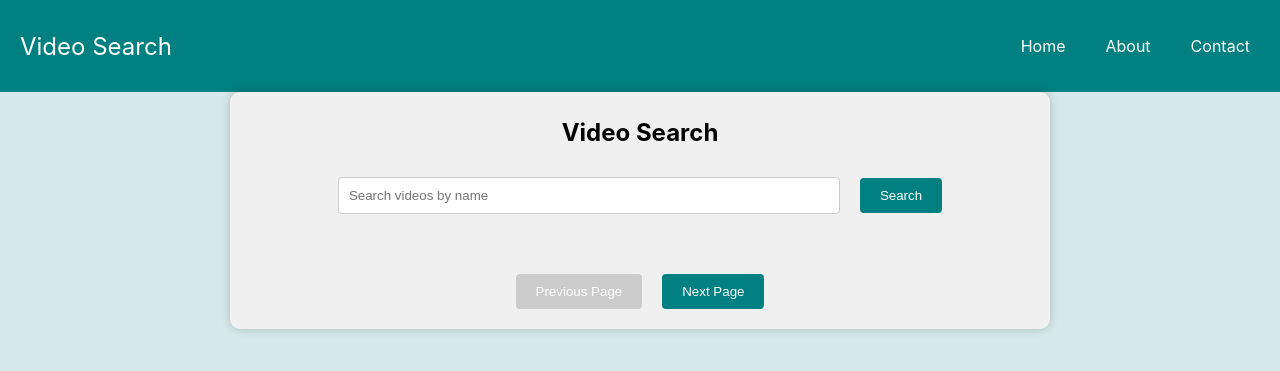
Repository: LolaSL/video-search
Page: /
The author's editor kept a copy of each file at every save. The page is drawn from the files as they stood at one save, then again after the next save.
The browser window is 1280 px wide. The pictures show the whole page.
The project was rebuilt for these pictures with package versions that can differ from the ones it lists, and the page was loaded fresh each time.

Above is the page before, as saved 2023-08-12 14:28:20.

### src/App.js
import React from 'react';
import './App.css';
import VideoSearch from './VideoSearch.jsx';
import Navbar from './Navbar.jsx';
import { BrowserRouter as Router } from 'react-router-dom';

function App() {
  return (
    <Router>
      <div className="App">
        <Navbar />
        <div className="container">
          <VideoSearch />
        </div>
      </div>
    </Router>
  );
}

export default App;

### src/App.css
.App {
  text-align: center;
  text-shadow: 1px 1px solid grey;
  background:#d6e8eb ;
  height: 100vh;
}

/* .container {
  max-width: 800px;
  margin: 0 auto;


} */

h1 {
  font-size: 24px;
  margin-bottom: 20px;
}

input[type="text"] {
  padding: 10px;
  width: 60%;
  margin: 10px;
  border: 1px solid #ccc;
  border-radius: 4px;
}

.video-search-container {
  max-width: 800px;
  margin: 0 auto;
  padding: 10px;
  background-color: #f0f0f0;
  border-radius: 10px;
  box-shadow: 0 0 10px rgba(0, 0, 0, 0.2);
  height: auto;
}

/* Video List */
.video-list {
  display: grid;
  grid-template-columns: repeat(auto-fill, minmax(300px, 1fr));
  gap: 20px;
  margin-top: 20px;
}

/* Video Item */
.video-item {
  background-color: #ffffff;
  border-radius: 10px;
  box-shadow: 0 4px 6px rgba(0, 0, 0, 0.1);
}

.video-container {
  position: relative;
  overflow: hidden;
  padding-top: 56.25%;
}

.video-frame {
  position: absolute;
  top: 0;
  left: 0;
  width: 100%;
  height: 100%;
}

.video-iframe {
  width: 100%;
  height: 100%;
  border: none;
}

button {
  margin: 10px;
  padding: 10px 20px;
  background: teal;
  color: #fff;
  border: none;
  border-radius: 4px;
  cursor: pointer;
}

button:disabled {
  background-color: #ccc;
  cursor: not-allowed;
}

iframe {
  width: 100%;
  height: 415px;
  border: none;
  margin-top: 15px;
}

.video-item {
  margin: 20px 0;
  padding: 20px;
  border: 1px solid #ccc;
  border-radius: 4px;
}

.video-title {
  font-size: 18px;
  margin-bottom: 10px;
}

.pagination {
  margin-top: 20px;
}

.pagination button {
  margin-right: 10px;
}
/* Navbar styles */
.navbar {
  display: flex;
  justify-content: space-between;
  align-items: center;
  padding: 10px 20px;
  background: teal;
  color: white;
}

.navbar-logo {
  font-size: 1.5rem;
}

.nav-toggle {
  display: none;
  background: none;
  border: none;
  color: white;
  font-size: 1rem;
  cursor: pointer;
}

.navbar-nav {
  list-style: none;
  display: flex;
  gap: 20px;
}

.nav-item {
  padding: 10px;
}

.nav-link {
  color: white;
  text-decoration: none;
}

/* Show the navigation links when the navbar is open */
.navbar-nav.open {
  display: flex;
  flex-direction: column;
  position: absolute;
  background-color: #333;
  top: 55px;
  right: 20px;
  z-index: 1000;
}

@media screen and (max-width: 768px) {
  .container {
    padding: 10px;
    margin: 30px;
  }

  input[type="text"] {
    width: 80%;
    margin: 20px;
    margin-bottom: 10px;
  }

  button {
    width: 50%;
    margin-bottom: 10px;
  }

  .video-item {
    padding: 10px;
    margin: 10px 20px;
  }

  .pagination {
    text-align: center;
  }
}

### src/VideoSearch.jsx
import React, { useState } from 'react';
import axios from "axios";

const API_KEY = 'AIzaSyAZw_7fp6hzKHZ_UNfC9jRiNJBWZQnTOmM';
const CHANNEL_ID = 'CSgDjZ_Vv8g';
const RESULTS_PER_PAGE = 10;


const VideoSearch = () => {
  const [videos, setVideos] = useState([]);
  const [searchTerm, setSearchTerm] = useState('');
  const [currentPage, setCurrentPage] = useState(1);

  const searchVideos = async () => {
    try {
      const response = await axios.get(
        `https://www.googleapis.com/youtube/v3/search?key=${API_KEY}&channelId=${CHANNEL_ID}&part=snippet,id&type=video&q=${searchTerm}&maxResults=${RESULTS_PER_PAGE}&pageToken=${currentPage > 1 ? videos.length : ''}`
      );

      setVideos(response.data.items);
    } catch (error) {
      console.error('Error fetching videos:', error);
    }
  };

  const handlePageChange = (newPage) => {
    setCurrentPage(newPage);
    searchVideos();
  };

  return (
    <div className="video-search-container">
      <h1>Video Search</h1>
      <input
        type="text"
        placeholder="Search videos by name"
        value={searchTerm}
        onChange={(e) => setSearchTerm(e.target.value)}
      />
      <button onClick={() => handlePageChange(1)}>Search</button>

      <div className="video-list">
        {videos.map((video) => (
          <div key={video.id.videoId} className="video-item">
            <h2>{video.snippet.title}</h2>
            <div className="video-container">
              <div className="video-frame">
                <iframe
                  title={video.snippet.title}
                  src={`https://www.youtube.com/embed/${video.id.videoId}`}
                  className="video-iframe"
                  allowFullScreen
                ></iframe>
              </div>
            </div>
          </div>
        ))}
      </div>

      <div className="pagination">
        <button
          onClick={() => handlePageChange(currentPage - 1)}
          disabled={currentPage === 1}
        >
          Previous Page
        </button>
        <button onClick={() => handlePageChange(currentPage + 1)}>Next Page</button>
      </div>
    </div>
  );
};

export default VideoSearch;

### src/Navbar.jsx
import React, { useState } from 'react';
import { Link } from 'react-router-dom';

const Navbar = () => {
  const [isNavOpen, setIsNavOpen] = useState(false);

  const toggleNav = () => {
    setIsNavOpen(!isNavOpen);
  };

  return (
    <nav className="navbar">
      <div className="navbar-brand">
        <span className="navbar-logo">Video Search</span>
      </div>
      <button className="nav-toggle" onClick={toggleNav}>
        {isNavOpen ? 'Close' : 'Open'}
      </button>
      <ul className={`navbar-nav ${isNavOpen ? 'open' : ''}`}>
        <li className="nav-item">
          <Link to="/" className="nav-link">Home</Link>
        </li>
        <li className="nav-item">
          <Link to="/about" className="nav-link">About</Link>
        </li>
        <li className="nav-item">
          <Link to="/contact" className="nav-link">Contact</Link>
        </li>
      </ul>
    </nav>
  );
};

export default Navbar;

Loaded but not shown: public/index.html (common file); src/index.js (common file); src/index.css (common file); src/reportWebVitals.js (common file)

After the next save:
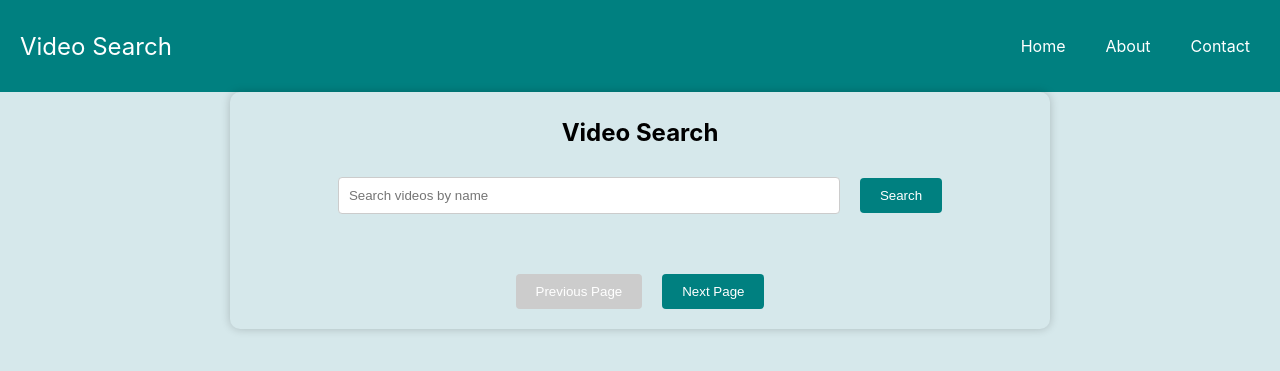
Saved 53 s later.
--- a/src/App.css
+++ b/src/App.css
@@ -29,7 +29,7 @@ input[type="text"] {
   max-width: 800px;
   margin: 0 auto;
   padding: 10px;
-  background-color: #f0f0f0;
+  background:#d6e8eb ;
   border-radius: 10px;
   box-shadow: 0 0 10px rgba(0, 0, 0, 0.2);
   height: auto;
